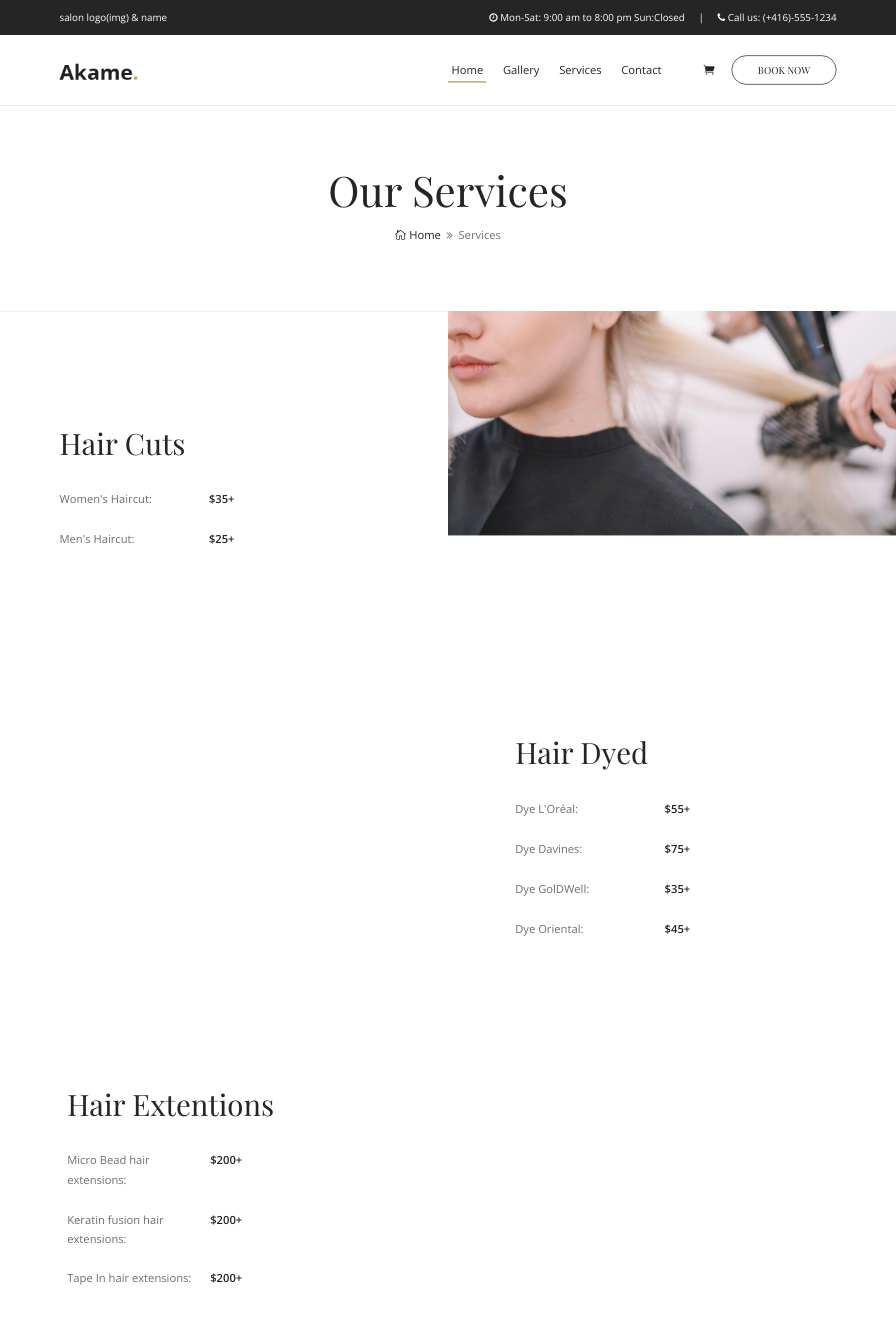
Repository: hanihassan1/Bay-wash-studio
Page: http://localhost/service
The author's editor kept a record of every edit. The page is drawn from the files as they stood at one moment, then again after the next edit.
The browser window is 1280 px wide. The pictures show the part of the page from y = 0 to 1920 px (the page is 2826 px tall), at 70% of full size.
The page is served by the project's application, run on Flask 3 (run.py).

Above is the page before.
Console error: TypeError: Cannot read properties of null (reading 'jQuery22409362962306477132')

### templates/service.html
{% extends 'base.html' %} {% block head %}
<script src="{{ url_for('static', filename='js/jquery.min.js')  }}"></script>

<!-- Popper -->
<script src="{{ url_for('static', filename='js/popper.min.js')  }}"></script>

<!-- Bootstrap -->
<script src="{{ url_for('static', filename='js/bootstrap.min.js')  }}"></script>

<!-- All Plugins -->
<script src="{{ url_for('static', filename='js/akame.bundle.js')  }}"></script>

<!-- Active -->

<script src="{{ url_for('static', filename='js/default-assets/active.js')  }}"></script>

<script src="{{ url_for('static', filename='gulpfile.js')  }}"></script>

<script src="{{ url_for('static', filename='js/main.js')  }}"></script>
{% endblock %} {% block content %}



<!-- Breadcrumb Area Start -->
<section class="breadcrumb-area section-padding-80">
    <div class="container">
        <div class="row">
            <div class="col-12">
                <div class="breadcrumb-content">
                    <h2>Our Services</h2>
                    <nav aria-label="breadcrumb">
                        <ol class="breadcrumb">
                            <li class="breadcrumb-item"><a href="{{url_for('index')}}"><i class="icon_house_alt"></i> Home</a></li>
                            <li class="breadcrumb-item active" aria-current="page">Services</li>
                        </ol>
                    </nav>
                </div>
            </div>
        </div>
    </div>
</section>
<!-- Breadcrumb Area End -->

<!-- Service Area Start -->
<section class="akame-service-area">

    <!-- Single Service Item -->
    <div class="single--service--item d-flex flex-wrap align-items-center">
        <!-- Service Content -->
        <div class="service-content">
            <div class="service-text">
                <h2>Hair Cuts</h2>
                <p><span>Women's Haircut:</span> <span>$35+</span></p>
                <p><span>Men's Haircut:</span> <span>$25+</span></p>

            </div>
        </div>
        <!-- Service Thumbnail -->
        <div class="service-thumbnail bg-img jarallax" style="background-image: url({{ url_for('static', filename='img/bg-img/30.jpg')  }});"></div>
    </div>

    <!-- Single Service Item -->
    <div class="single--service--item odd-item d-flex flex-wrap align-items-center">
        <!-- Service Thumbnail -->
        <div class="service-thumbnail bg-img jarallax" style="background-image: url({{ url_for('static', filename='img/bg-img/31.jpg')  }});"></div>

        <!-- Service Content -->
        <div class="service-content">
            <div class="service-text">
                <h2>Hair Dyed</h2>
                <p><span>Dye L'Oréal:</span> <span>$55+</span></p>
                <p><span>Dye Davines:</span> <span>$75+</span></p>
                <p><span>Dye GolDWell:</span> <span>$35+</span></p>
                <p><span>Dye Oriental:</span> <span>$45+</span></p>
            </div>
        </div>
    </div>


 <div class="single--service--item odd-item d-flex flex-wrap align-items-center">
        <!-- Service Thumbnail -->


        <!-- Service Content -->
        <div class="service-content">
            <div class="service-text">
                <h2>Hair Extentions</h2>
                <p><span>Micro Bead hair extensions:</span> <span>$200+</span></p>
                <p><span>Keratin fusion hair extensions:</span> <span>$200+</span></p>
                <p><span>Tape In hair extensions:</span> <span>$200+</span></p>
               </div>
        </div>
        <div class="service-thumbnail bg-img jarallax" style="background-image: url({{ url_for('static', filename='img/bg-img/27.jpg')  }});"></div>
    </div>



    <!-- Single Service Item -->
    <div class="single--service--item d-flex flex-wrap align-items-center">
        <div class="service-thumbnail bg-img jarallax" style="background-image: url({{ url_for('static', filename='img/bg-img/32.jpg')  }});"></div>
        <!-- Service Content -->
        <div class="service-content">
            <div class="service-text">
                <h2>Hair Style</h2>
                <p><span>Shampoo &amp; Style:</span> <span>$55+</span></p>
                <p><span>Half-up do style:</span> <span>$45+</span></p>
                <p><span>Up Do Style:</span> <span>$75+</span></p>
                <p><span>Bridal &amp; Wedding:</span> <span>$125+</span></p>
            </div>
        </div>
        <!-- Service Thumbnail -->

    </div>

</section>
<!-- Service Area End -->


{% endblock %}

### templates/base.html
<!DOCTYPE html>
<html lang="en">

<head>
    <meta charset="UTF-8">
    <meta name="description" content="">
    <meta http-equiv="X-UA-Compatible" content="IE=edge">
    <meta name="viewport" content="width=device-width, initial-scale=1, shrink-to-fit=no">


    <!-- Title -->
    <title>SALON</title>



    <!-- Stylesheet -->

    <link href="{{ url_for('static', filename='style.css')  }}" rel="stylesheet" type="text/css">

    {% block head %} {% endblock %}
</head>

<body>
    <!-- Preloader -->
    <div id="preloader">
        <div class="loader"></div>
    </div>
    <!-- /Preloader -->

    <!-- Header Area Start -->
    <header class="header-area">
        <!-- Top Header Area Start -->
        <div class="top-header-area">
            <div class="container h-100">
                <div class="row h-100 align-items-center">
                    <div class="col-5">
                        <div class="top-header-content">
                            <p>salon logo(img) & name</p>
                        </div>
                    </div>
                    <div class="col-7">
                        <div class="top-header-content text-right">
                            <p><i class="fa fa-clock-o" aria-hidden="true"></i> Mon-Sat: 9:00 am to 8:00 pm Sun:Closed<span class="mx-2"></span> | <span class="mx-2"></span> <i class="fa fa-phone" aria-hidden="true"></i> Call us: (+416)-555-1234</p>
                        </div>
                    </div>
                </div>
            </div>
        </div>
        <!-- Top Header Area End -->

        <!-- Main Header Start -->
        <div class="main-header-area">
            <div class="classy-nav-container breakpoint-off">
                <div class="container">
                    <!-- Classy Menu -->
                    <nav class="classy-navbar justify-content-between" id="akameNav">

                        <!-- Logo -->
                        <a class="nav-brand" href="index.html"><img src="img/core-img/logo.png" alt=""></a>

                        <!-- Navbar Toggler -->
                        <div class="classy-navbar-toggler">
                            <span class="navbarToggler"><span></span><span></span><span></span></span>
                        </div>

                        <!-- Menu -->
                        <div class="classy-menu">
                            <!-- Menu Close Button -->
                            <div class="classycloseIcon">
                                <div class="cross-wrap"><span class="top"></span><span class="bottom"></span></div>
                            </div>
                            <!-- Nav Start -->
                            <div class="classynav">
                                <ul id="nav">
                                    <li class="active"><a href="./index.html">Home</a></li>

                                    <li><a href="./portfolio.html">Gallery</a></li>
                                    <li><a href="./service.html">Services</a></li>


                                    <li><a href="./contact.html">Contact</a></li>
                                </ul>

                                <!-- Cart Icon -->
                                <div class="cart-icon ml-5 mt-4 mt-lg-0">
                                    <a href="#"><i class="icon_cart"></i></a>
                                </div>

                                <!-- Book Icon -->
                                <div class="book-now-btn ml-5 mt-4 mt-lg-0 ml-md-4">
                                    <a href="#" class="btn akame-btn">Book Now</a>
                                </div>
                            </div>
                            <!-- Nav End -->
                        </div>
                    </nav>
                </div>
            </div>
        </div>
    </header>
    <!-- Header Area End -->

    <!-- Main Area Start -->
    <div class="main">

        {% block content %} {% endblock %}

    </div>
    <!-- Main Area End -->


    <!-- Footer Area Start -->
    <footer class="footer-area section-padding-80-0">
        <div class="container">
            <div class="row justify-content-between">

                <!-- Single Footer Widget -->
                <div class="col-12 col-sm-6 col-md-4">
                    <div class="single-footer-widget mb-80">
                        <!-- Footer Logo -->
                        <a href="#" class="footer-logo"><img src="" alt=""></a>

                        <p class="mb-30">We would love to serve you and let you enjoy your culinary experience. Excepteur sint occaecat cupidatat non proident.</p>

                        <!-- Copywrite Text -->
                        <div class="copywrite-text">
                            <p>
                                <!-- Link back to Colorlib can't be removed. Template is licensed under CC BY 3.0. -->
                                Copyright &copy;
                                <script>
                                    document.write(new Date().getFullYear());
                                </script> All rights reserved | This template is made with <i class="fa fa-heart-o" aria-hidden="true"></i> by <a href="https://colorlib.com" target="_blank">Colorlib</a>
                                <!-- Link back to Colorlib can't be removed. Template is licensed under CC BY 3.0. -->
                            </p>
                        </div>
                    </div>
                </div>

                <!-- Single Footer Widget -->
                <div class="col-12 col-sm-6 col-md-4 col-xl-3">
                    <div class="single-footer-widget mb-80">
                        <!-- Widget Title -->
                        <h4 class="widget-title">Opening times</h4>

                        <!-- Open Times -->
                        <div class="open-time">
                            <p>Monday-Saturday : 9:00AM - 8:00PM</p>
                            <p>Sunday: Closed</p>
                        </div>

                        <!-- Social Info -->
                        <div class="social-info">
                            <a href="#" class="facebook"><i class="fa fa-facebook"></i></a>
                            <a href="#" class="twitter"><i class="fa fa-twitter"></i></a>
                            <a href="#" class="google-plus"><i class="fa fa-google-plus"></i></a>
                            <a href="#" class="instagram"><i class="fa fa-instagram"></i></a>
                        </div>
                    </div>
                </div>

                <!-- Single Footer Widget -->
                <div class="col-12 col-md-4 col-xl-3">
                    <div class="single-footer-widget mb-80">

                        <!-- Widget Title -->
                        <h4 class="widget-title">Contact Us!</h4>

                        <!-- Contact Address -->
                        <div class="contact-address">
                            <p>Tel: (+416) 555-1234</p>
                            <p>E-mail: SALON NAME@gmail.com</p>
                            <p>Address: FILL IN</p>
                        </div>
                    </div>
                </div>

            </div>
        </div>
    </footer>
    <!-- Footer Area End -->

    <!-- All JS Files -->
    <!-- jQuery -->
       <script src="{{ url_for('static', filename='js/jquery.min.js')  }}"></script>

    <!-- Popper -->
    <script src="{{ url_for('static', filename='js/popper.min.js')  }}"></script>

    <!-- Bootstrap -->
     <script src="{{ url_for('static', filename='js/bootstrap.min.js')  }}"></script>

    <!-- All Plugins -->
    <script src="{{ url_for('static', filename='js/akame.bundle.js')  }}"></script>

    <!-- Active -->

    <script src="{{ url_for('static', filename='js/default-assets/active.js')  }}"></script>

    <script src="{{ url_for('static', filename='gulpfile.js')  }}"></script>

    <script src="{{ url_for('static', filename='js/main.js')  }}"></script>

</body>

</html>

### run.py
import os
from flask import Flask,render_template, request, redirect,flash, jsonify, url_for
import json
from flask_mail import Mail, Message
import pymysql


app = Flask(__name__)

connection = pymysql.connect(host='mydatabase.cccssd5sqciz.ca-central-1.rds.amazonaws.com',
                            user='root',
                            password='root1234',
                            db='SALON',
                            )

app.secret_key = "its_secure"


app.config['MAIL_SERVER']= 'smtp.gmail.com'
app.config['MAIL_PORT'] = 465
app.config['MAIL_USERNAME'] = 'baywashstudio@gmail.com'
app.config['MAIL_PASSWORD'] = "Root12345"
app.config['MAIL_USE_TLS'] = False
app.config['MAIL_USE_SSL'] = True
app.config['MAIL_DEFAULT_SENDER'] = 'baywashstudio@gmail.com'
mail = Mail(app)


# @app.route('/')
# def index():
#     msg = Message('MAIL TEST', recipients = ['hani.hassan1@gmail.com'])
#     msg.body = "this is a test email"
#     # msg.html = " <b> bold html msg test</b>"
#     mail.send(msg)
#     return "Sent"





@app.route('/contact',methods=["GET", "POST"])
def contact():
    if request.method=="POST":
        print(request.form)
        username = request.form['first-name'] + " " + request.form['last-name']
        add_user(username, request.form['phone'], request.form['email'])
        last_added_user_id = get_last_user_id()
        print(last_added_user_id, "last_added_user_id", request.form['time'])
        add_booking(request.form['date'], request.form['service'],request.form['time'],last_added_user_id)
        send_mail(username, request.form['email'])
        send_mail_employee(username, request.form['date'], request.form['service'],request.form['time'],
        request.form['phone'])
        flash("Hello {}, Your booking was submitted".format(request.form['first-name']))
        return redirect(url_for('contact'))

    return render_template("contact.html", title = "Contact")


def send_mail(username, email):
    user_mail_list = []
    user_mail_list.append(email)
    print(user_mail_list,"user_mail_list")
    msg = Message(subject="Hello, {}".format(username),recipients=user_mail_list)
    msg.body="You're booked!.\Your appointment is on {} at {},your service is {}" .format(request.form['date'],
    request.form['time'], request.form['service'])
    mail.send(msg)

def send_mail_employee(username,date, service,time,phone):
    msg = Message(subject="New Booking",recipients=["baywashstudio@gmail.com"])
    msg.body="Your booking is confirmed."
    mail.send(msg)

@app.route('/')
def index():
     return render_template("index.html", title = "Home")


@app.route('/portfolio')
def portfolio():
     return render_template("portfolio.html", title = "Gallery")

@app.route('/service')
def service():
     return render_template("service.html", title = "Services")


def add_user(username, phone_no, email_add ):
    try:
        with connection.cursor() as cursor:
            sql = """INSERT INTO CUSTOMERS (CUSTOMER_NAME, CUSTOMER_TELEPHONE,
            CUSTOMER_EMAIL) VALUES ('{}', '{}', '{}');""".format(username, phone_no, email_add)
            cursor.execute(sql)
            connection.commit()
            cursor.close()
    finally:
        print("ok")


def get_last_user_id():
 try:
        with connection.cursor(pymysql.cursors.DictCursor) as cursor:
          sql = """ SELECT MAX(CUSTOMER_ID) FROM CUSTOMERS;"""
          cursor.execute(sql)
          result = cursor.fetchall()
          return result[0]['MAX(CUSTOMER_ID)']
 finally:
        return True


def add_booking(date, service_id, time,customer_id):
  try:
        print(time, "time is time")
        with connection.cursor() as cursor:
            sql = """INSERT INTO BOOKINGS (DATE, SERVICE_ID, TIME,
            CUSTOMER_ID) VALUES ('{}', {}, '{}', {});""".format(date,service_id,
            time,customer_id)
            cursor.execute(sql)
            connection.commit()
            cursor.close()
  finally:
            connection.close()
#   TIME ADD



if __name__ == '__main__':
    app.run(host=os.environ.get('IP'),
    port=int(os.environ.get('PORT')),
    debug=True)

Loaded but not shown: static/js/jquery.min.js (library); static/js/popper.min.js (library); static/js/bootstrap.min.js (library); static/js/akame.bundle.js (library); static/css/bootstrap.min.css (library); static/css/animate.css (library); static/css/default-assets/audioplayer.css (library); static/css/owl.carousel.min.css (common file); static/css/magnific-popup.css (library); static/css/font-awesome.min.css (library); static/js/default-assets/active.js (199 lines, source omitted); static/gulpfile.js (90 lines, source omitted); static/style.css (1708 lines, source omitted); static/css/style.css (1157 lines, source omitted); static/css/default-assets/classy-nav.css (670 lines, source omitted); static/js/main.js (no copy from this time; the picture is the same without it)

After the next edit:
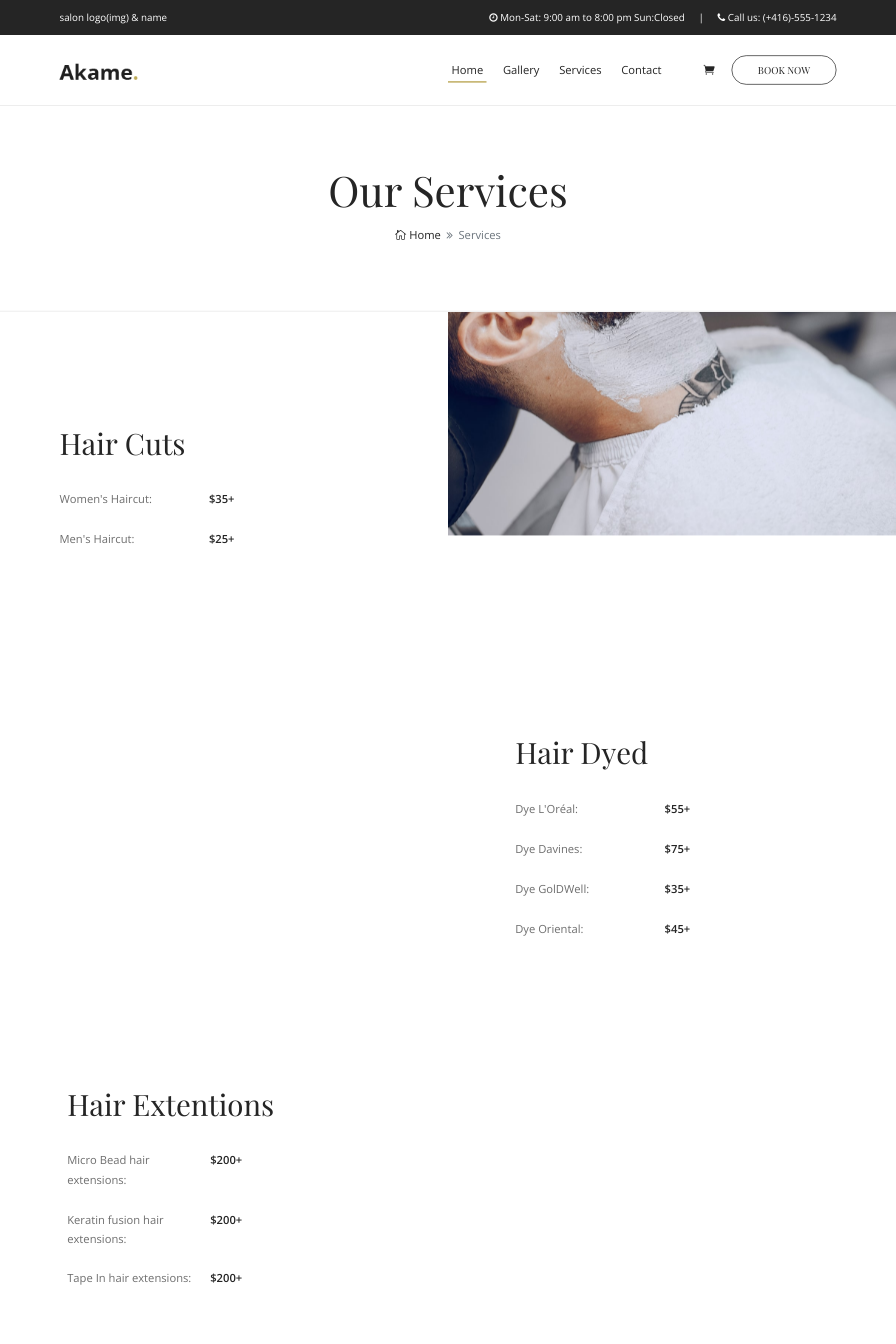
The edit:
--- a/templates/service.html
+++ b/templates/service.html
@@ -56,7 +56,7 @@
             </div>
         </div>
         <!-- Service Thumbnail -->
-        <div class="service-thumbnail bg-img jarallax" style="background-image: url({{ url_for('static', filename='img/bg-img/30.jpg')  }});"></div>
+        <div class="service-thumbnail bg-img jarallax" style="background-image: url({{ url_for('static', filename='img/bg-img/32.jpg')  }});"></div>
     </div>
 
     <!-- Single Service Item -->
